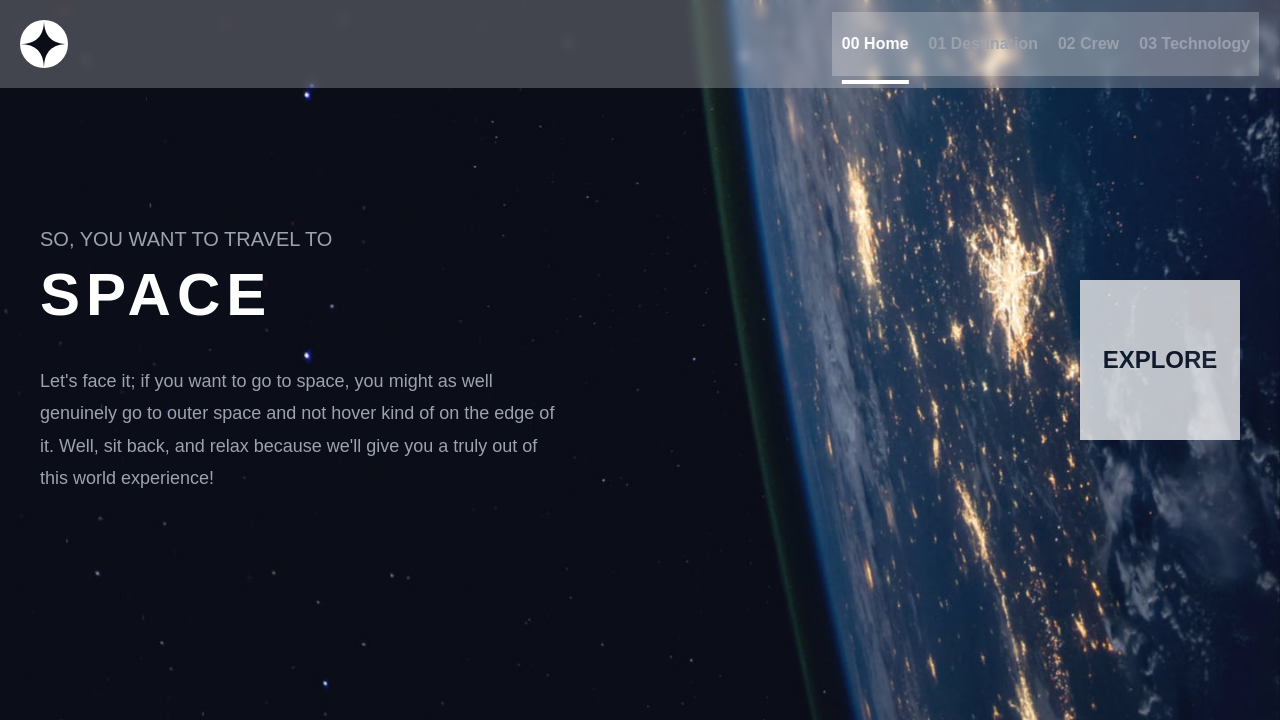
Repository: OmniaRafat232111121/Space-Toursim
Page: /
The author's editor kept a copy of each file at every save. The page is drawn from the files as they stood at one save, then again after the next save.
The browser window is 1280 px wide. The pictures show the whole page.
Some web fonts or font styles are not loaded; a fallback is used. The project was rebuilt for these pictures with package versions that can differ from the ones it lists, and the page was loaded fresh each time. Also part of the build but not shown: src/components/Destination.js, src/components/Crew.js, src/components/Technology.js, src/components/Error.js.

Above is the page before, as saved 2022-08-09 15:44:27.

### public/index.html
<!DOCTYPE html>
<html lang="en">
  <head>
    <meta charset="utf-8" />
    <link rel="icon" href="%PUBLIC_URL%/favicon-32x32.png" />
    <meta name="viewport" content="width=device-width, initial-scale=1" />
    <meta name="theme-color" content="#111827" />
    <meta name="description" content="Space Toursim Multi Page Website" />
    <link rel="apple-touch-icon" href="%PUBLIC_URL%/logo192.png" />
    <!--
      manifest.json provides metadata used when your web app is installed on a
      user's mobile device or desktop. See https://developers.google.com/web/fundamentals/web-app-manifest/
    -->
    <link rel="manifest" href="%PUBLIC_URL%/manifest.json" />
    <!--
      Notice the use of %PUBLIC_URL% in the tags above.
      It will be replaced with the URL of the `public` folder during the build.
      Only files inside the `public` folder can be referenced from the HTML.

      Unlike "/favicon.ico" or "favicon.ico", "%PUBLIC_URL%/favicon.ico" will
      work correctly both with client-side routing and a non-root public URL.
      Learn how to configure a non-root public URL by running `npm run build`.
    -->
    <link
      rel="stylesheet"
      href="https://cdnjs.cloudflare.com/ajax/libs/tailwindcss/2.2.17/tailwind.min.css"
      referrerpolicy="no-referrer"
    />
    <link rel="preconnect" href="https://fonts.googleapis.com" />
    <link rel="preconnect" href="https://fonts.gstatic.com" crossorigin />
    <link
      href="https://fonts.googleapis.com/css2?family=Mohave:wght@400&family=Zen+Antique&display=swap"
      rel="stylesheet"
    />
    <title>Space Tourism Multi Page Website</title>
  </head>
  <body>
    <noscript>You need to enable JavaScript to run this app.</noscript>
    <div id="root"></div>
    <!--
      This HTML file is a template.
      If you open it directly in the browser, you will see an empty page.

      You can add webfonts, meta tags, or analytics to this file.
      The build step will place the bundled scripts into the <body> tag.

      To begin the development, run `npm start` or `yarn start`.
      To create a production bundle, use `npm run build` or `yarn build`.
    -->
  </body>
</html>

### src/index.css
body {
  margin: 0;
  font-family: "Mohave", sans-serif;
  -webkit-font-smoothing: antialiased;
  -moz-osx-font-smoothing: grayscale;
}

h1,
h2 {
  font-family: "Zen Antique", sans-serif;
}

a {
  text-decoration: none;
}

img {
  max-width: 100%;
}

button,
img {
  user-select: none;
  -moz-user-select: none;
}

p {
  line-height: 1.8;
}

.gray {
  color: #7e7e7e;
}

.white {
  color: #ffffff;
}

.header {
  position: absolute;
  width: 100%;
  background-color: rgba(255, 255, 255, 0.233);
  backdrop-filter: blur(5px);
  --webkit-backdrop-fiter: blur(5px);
}

.header nav {
  display: none;
}

 .header nav.open {
  display: block;
}

.header nav ul {
  display: flex;
  flex-direction: column;
  align-items: center;
  justify-content: center;
  background-color: #111827;
  backdrop-filter: blur(10px);
  --webkit-backdrop-filter: blur(10px);
  width: calc(100vw - 50px);
  position: absolute;
  left: 50%;
  top: 100px;
  transform: translateX(-50%);
  z-index: 999;
}

 .header nav ul li {
  margin: 10px 0;
}

.menu {
  display: block;
}
.home {
  background: url("./starter-code/assets/home/background-home-mobile.jpg")
    no-repeat center/cover;
  height: calc(100vh - 1px);
}

.home .overlay {
  display: flex;
  flex-direction: column;
  align-items: center;
  justify-content: center;
  height: calc(100vh - 1px);
}

.destinations {
  background: url("./starter-code/assets/destination/background-destination-mobile.jpg")
    no-repeat center/cover;
  height: auto;
}

.crew {
  background: url("./starter-code/assets/crew/background-crew-mobile.jpg")
    no-repeat center/cover;
  height: auto;
}

.technology {
  background: url("./starter-code/assets/technology/background-technology-mobile.jpg")
    no-repeat center/cover;
  height: auto;
}
@media (min-width: 768px) {
  .menu {
    display: none;
  }

  .header nav {
    display: block;
  }

  .header nav ul {
    flex-direction: row;
    background-color: transparent;
    backdrop-filter: blur(0);
    --webkit-backdrop-filter: blur(0);
    position: relative;
    top: 0;
    right: 0;
    width: auto;
  }

  .header nav ul li {
    margin: 0 10px;
  }
}



@media (min-width: 768px) {
  .home {
    background: url("./starter-code/assets/home/background-home-tablet.jpg")
      no-repeat center/cover;
    height: calc(100vh - 1px);
  }

  .home .overlay {
    flex-direction: row;
  }

  .destinations {
    background: url("./starter-code/assets/destination/background-destination-tablet.jpg")
      no-repeat center/cover;
  }

  .crew {
    background: url("./starter-code/assets/crew/background-crew-tablet.jpg")
      no-repeat center/cover;
  }

  .technology {
    background: url("./starter-code/assets/technology/background-technology-tablet.jpg")
      no-repeat center/cover;
  }

  @media (min-width: 1280px) {
    p {
      font-size: 18px;
    }

    .home {
      background: url("./starter-code/assets/home/background-home-desktop.jpg")
        no-repeat center/cover;
      height: 100vh;
    }

    .home .overlay {
      max-width: 1200px;
      margin: auto;
    }

    .destinations {
      background: url("./starter-code/assets/destination/background-destination-desktop.jpg")
        no-repeat center/cover;
    }

    .crew {
      background: url("./starter-code/assets/crew/background-crew-desktop.jpg")
        no-repeat center/cover;
    }

    .technology {
      background: url("./starter-code/assets/technology/background-technology-desktop.jpg")
        no-repeat center/cover;
    }
  }
}

### src/App.js
import { BrowserRouter as Router, Route, Switch } from "react-router-dom"
import {
  Header,
  Home,
  Destination,
  Crew,
  Technology,
  Error,
} from "./components"

function App() {
  return (
    <Router>
      <main>
        <Header />

        <Switch>
          <Route path="/" exact>
            <Home />
          </Route>
          <Route path="/destination">
            <Destination />
          </Route>
          <Route path="/crew">
            <Crew />
          </Route>
          <Route path="/technology">
            <Technology />
          </Route>
          <Route path="*">
            <Error />
          </Route>
        </Switch>
      </main>
    </Router>
  )
}

export default App

### src/components/index.js
import Header from "./Header"
import Home from "./Home"
import Destination from "./Destination"
import Crew from "./Crew"
import Technology from "./Technology"
import Error from "./Error"

export { Header, Home, Destination, Crew, Technology, Error }

### src/components/Header.js
import React from 'react'
import { NavLink } from "react-router-dom"
import { FiMenu } from "react-icons/fi"
import logo from "../starter-code/assets/shared/logo.svg"

export default function Header() {
  const handleClick = () => {
    const navbar = document.getElementById("navbar")

    navbar.classList.toggle("open")
  }

  return (
    <>
      <header className="header px-5 flex items-center justify-between">
        <div className="py-5">
          <NavLink to="/">
            <img src={logo} alt="space" title="Travel to Space" />
          </NavLink>
        </div>

        {/* {isOpen && ( */}
        <nav id="navbar">
          <ul className="flex items-center">
            <li className="mx-2 py-5 text-gray-400 font-semibold">
              <NavLink
                to="/"
                exact
                activeClassName="text-white border-b-4 border-white pb-7"
              >
                <span>00</span> Home
              </NavLink>
            </li>
            <li className="mx-2 py-5 text-gray-400 font-semibold">
              <NavLink
                to="/destination"
                exact
                activeClassName="text-white border-b-4 border-white pb-7"
              >
                <span>01</span> Destination
              </NavLink>
            </li>
            <li className="mx-2 py-5 text-gray-400 font-semibold">
              <NavLink
                to="/crew"
                exact
                activeClassName="text-white border-b-4 border-white pb-7"
              >
                <span>02</span> Crew
              </NavLink>
            </li>
            <li className="mx-2 py-5 text-gray-400 font-semibold">
              <NavLink
                to="/technology"
                exact
                activeClassName="text-white border-b-4 border-white pb-7"
              >
                <span>03</span> Technology
              </NavLink>
            </li>
          </ul>
        </nav>
        {/* )} */}

        <div className="menu">
          <button id="menu" onClick={handleClick}>
            <FiMenu className="text-white text-4xl" />
          </button>
        </div>
      </header>
    </>
  )
}

### src/components/Home.js
export default function Home() {
  return (
    <>
      <section className="home">
      <div className="overlay">
      <article className="text-center md:text-left">
      <h1 className="text-gray-400 text-xl uppercase">
              So, you want to travel to{" "}
              <span className="block font-semibold tracking-widest text-4xl text-white md:text-5xl lg:text-6xl 2xl:text-7xl mb-10 mt-3">
                space
              </span>
            </h1>

            <p className="text-gray-400 md:w-11/12 lg:w-1/2">
              Let's face it; if you want to go to space, you might as well
              genuinely go to outer space and not hover kind of on the edge of
              it. Well, sit back, and relax because we'll give you a truly out
              of this world experience!
            </p>
      </article>
      <article>
      <button className="bg-white text-gray-900 font-bold uppercase text-2xl w-40 h-40 rounded-fulle mt-10 md:mt-0 animate-pulse">
        Explore
      </button>
    </article>
      </div>

      </section>
    </>
  )
}

Loaded but not shown: src/index.js (common file); src/reportWebVitals.js (common file)

After the next save:
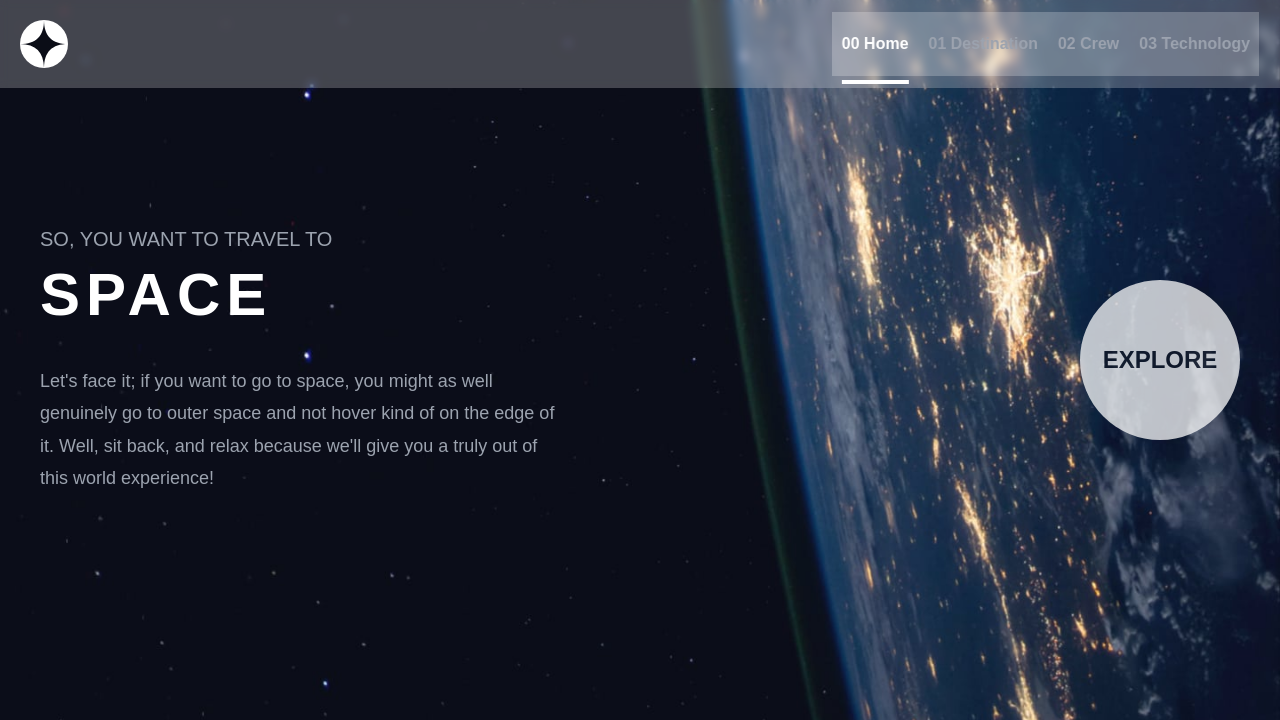
Saved 16 s later.
--- a/src/components/Home.js
+++ b/src/components/Home.js
@@ -19,7 +19,7 @@ export default function Home() {
             </p>
       </article>
       <article>
-      <button className="bg-white text-gray-900 font-bold uppercase text-2xl w-40 h-40 rounded-fulle mt-10 md:mt-0 animate-pulse">
+      <button className="bg-white text-gray-900 font-bold uppercase text-2xl w-40 h-40 rounded-full mt-10 md:mt-0 animate-pulse">
         Explore
       </button>
     </article>
